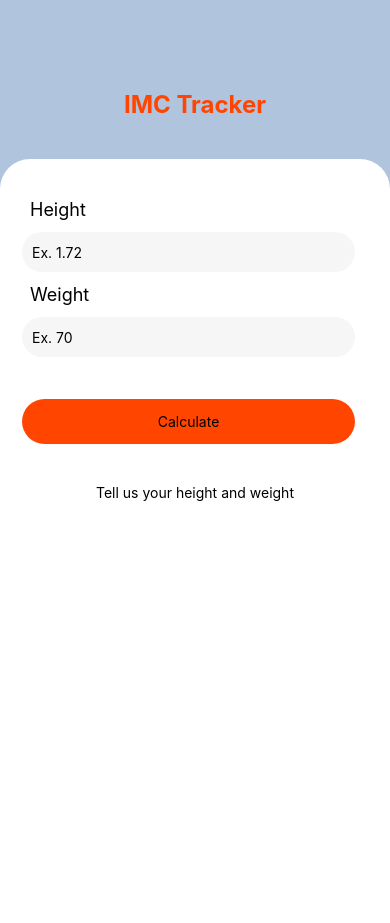
Repository: rubenmatias08/IMCTracker
Screen: /
An editor plug-in stored every save of this project. The screen is shown before and after the next save, followed by the edit.
The app was drawn by React Native's web renderer in a window 390 px wide. The project was rebuilt for these pictures with package versions that can differ from the ones it lists, and the page was loaded fresh each time.

Above is the screen before, as saved 2024-03-10 20:30:45.

### App.js
import { StyleSheet, View } from 'react-native';
import Title from './src/components/Title';
import Form from './src/components/Form/index'

export default function App() {
  return (
    <View style={styles.container}>
      <Title/>
      <Form />
    </View>
  );
}

const styles = StyleSheet.create({
  container: {
    flex: 1,
    backgroundColor: '#B0C4DE',
    paddingTop: 80,

  },
});



/*
   alignItems: 'center',
    justifyContent: 'center',

*/

### src/components/Title/index.js
import React from "react";
import { View,Text } from "react-native"; //Componentes
import styles from "./style";

export default function Title(){
    return(
        <View style={styles.boxTitle}>
            <Text style={styles.textTitle}>IMC Tracker</Text>
        </View>
    )
}

//Para aplicar a estilização colocamos: style={nomedoficheiroimportado.propriedadeJSON}

### src/components/Form/index.js
import React , {useState} from "react";
import { TextInput, View, Text, TouchableOpacity} from "react-native";
import ResultIMC from "./ResultIMC";
import styles from "./style";


export default function Form(){

    const [height, setHeight] = useState(null); // Altura
    const [weight, setWeight] = useState(null); // Peso
    const [messageIMC, setmessageIMC] = useState("Tell us your height and weight"); // Mensagem que contem o resultado
    const [imc,setIMC] = useState(null); // valor do IMC
    const [textButton, setTextButton] = useState("Calculate"); //

    //Calcular o imc é altura x altura a dividir por peso
    //E vamos querer que nos retorne o resultado (toFixed) que é para vir com 2 casas decimais apenas.
    function CalculatorIMC(){
        return setIMC((weight / (height * height)).toFixed(2))
    }

    //Caso os valores tiverem sido preenchidos ele valida, caso contrário temos de avisar o usuário para preencher os dados de altura e peso.
    //Aqui com a condição é: Caso os valores de height e weight sejam diferentes de null, ou seja, estão preenchidos... Chama a função CalculatorIMC() que fará o calculo que depois nos dá o resultado.
    function ValidationIMC(){
        if(height != null && weight != null){
            CalculatorIMC() //Função do calculo
            setHeight(null) //Reset de height para que se faça depois um novo calculo
            setWeight(null) //Reset de weight para que se faça depois um novo calculo
            setmessageIMC("Your IMC is:") //Mensagem para apresentar o resultado
            setTextButton("Calculate again") //Botão com mensagem
            return //Depois de tudo isto... Retorna-nos.
        }
        setIMC(null) //caso o peso e altura sejam nulos, colocamos o imc como nulo também para que não haja resposta de possiveis calculos anteriores
        setTextButton("Calculate") //Para voltar a apresentar o texto original
        setmessageIMC("Tell us your height and weight") //Para voltar a apresentar o texto original

    }


    return(
        <View style={styles.formContent}>
            <View style={styles.form}>
                <Text style={styles.formLabel}>Height</Text>
                <TextInput style= {styles.input}
                onChangeText={setHeight}
                value={height}
                placeholder="Ex. 1.72"
                keyboardType="numeric"
                />

                <Text style={styles.formLabel}>Weight</Text>
                <TextInput style= {styles.input}
                onChangeText={setWeight}
                value={weight}
                placeholder="Ex. 70"
                keyboardType="numeric"
                />

               <TouchableOpacity style={styles.buttonCalculator} onPress={() => ValidationIMC()}>
               <Text>{textButton}</Text>
               </TouchableOpacity>

            </View>
            <ResultIMC messageResultImc={messageIMC} resultImc={imc}/>
        </View>
    )
}

//O keyboardType indica qual o tipo de teclado que ele vai abrir
//No <ResultIMC> leva duas props com propriedades dinamicas.


//Antes tinhamos um Button para mostrar os resultados depois, assim:
//  <Button onPress={() => ValidationIMC()} title={textButton}/>
//mas fizemos diferente e usamos o TouchOpacity

### src/components/Title/style.js
import { StyleSheet } from "react-native";

const styles = StyleSheet.create( {
    boxTitle: {
        alignItems: "center",
        justifyContent: "center",
        padding: 10,
    },
    textTitle: {
        color:"#FF4500",
        fontSize:24,
        fontWeight:"bold"
    }
});

export default styles;

### src/components/Form/ResultIMC/index.js
import React from "react";
import { View , Text } from "react-native";

export default function ResultIMC(props){
    return(
        <View>
            <Text>{props.messageResultImc}</Text>
            <Text>{props.resultImc}</Text>
        </View>
    )
}

//Neste componente vai ser mostrado o resultado do valor de IMC e uma mensagem com o valor desse IMC.

### src/components/Form/style.js
import { StyleSheet } from "react-native";

const styles = StyleSheet.create( {
    formContent: {
        width:"100%",
        height:"100%",
        bottom:0,
        backgroundColor:"#ffffff",
        alignItems:"center",
        borderTopLeftRadius:30,
        borderTopRightRadius:30,
        marginTop:30
    },
    form: {
        width:"100%",
        height:"auto", //Colocando auto, ao colocar novos items ao conteudo ele ajusta.
        marginTop:30,
        padding:10
    },
    formLabel:{
        color:"#000000",
        fontSize:18,
        paddingLeft:20,
    },
    input:{
        width:"90%",
        borderRadius:50,
        backgroundColor:"#f6f6f6",
        height:40,
        margin:12,
        paddingLeft:10,
    },
    buttonCalculator:{
        borderRadius:50,
        alignItems:"center",
        justifyContent:"center",
        width:"90%",
        backgroundColor:"#FF4500",
        paddingTop:14,
        paddingBottom:14,
        marginLeft:12,
        margin:30

    },
    textButtonCalculator:{
        fontSize:20,
        color: "#ffffff",
    }
});

export default styles;

After the next save:
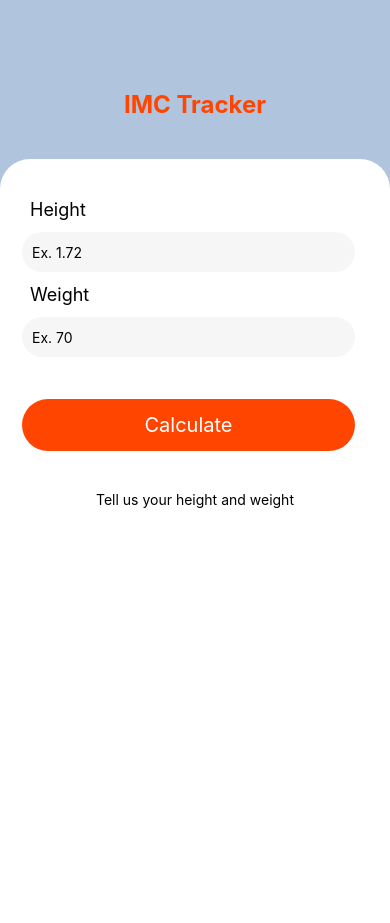
Saved 69 s later.
--- a/src/components/Form/index.js
+++ b/src/components/Form/index.js
@@ -56,7 +56,7 @@ export default function Form(){
                 />
 
                <TouchableOpacity style={styles.buttonCalculator} onPress={() => ValidationIMC()}>
-               <Text>{textButton}</Text>
+               <Text style={styles.textButtonCalculator}>{textButton}</Text>
                </TouchableOpacity>
 
             </View>
